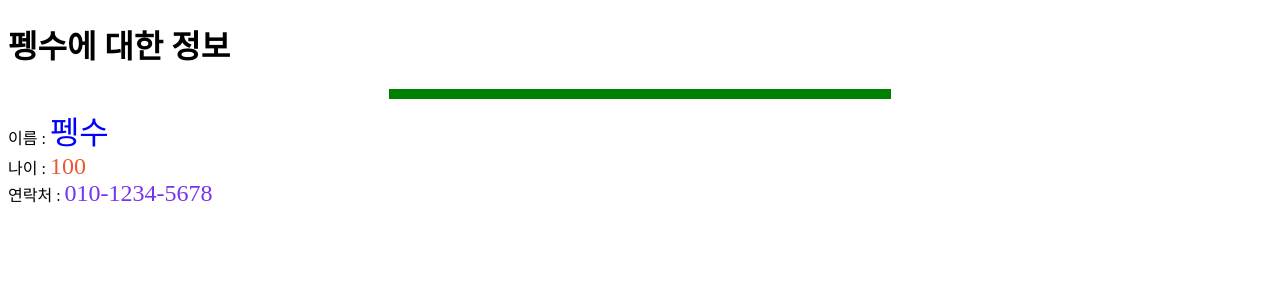
Repository: ujin2021/jsp_study
Page: jsp01/WebContent/me2.html
The author's editor kept a copy of each file at every save. The page is drawn from the files as they stood at one save, then again after the next save.
The browser window is 1280 px wide. The pictures show the whole page.

Above is the page before, as saved 2020-01-11 07:55:42.

### jsp01/WebContent/me2.html
<!DOCTYPE html>
<html>
<head>
<meta charset="EUC-KR">
<title>Insert title here</title>
</head>
<body>
<h1>펭수에 대한 정보</h1>
<!-- header 제목용 -->
<!-- 옆에 다른 것이 오게 할 수 없다. -->
<hr size="10" color="green" width="500">
이름 : <font color="blue" size="6">펭수</font> <br>
나이 : <font color="#eb5934" size="5">100</font> <br>
연락처 : <font color="#7734eb" size="5">010-1234-5678</font> <br>
</body>
</html>

After the next save:
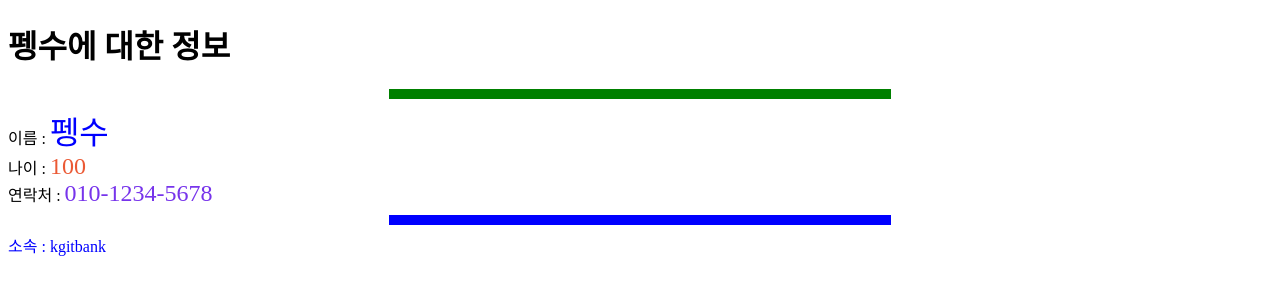
Saved 75 s later.
--- a/jsp01/WebContent/me2.html
+++ b/jsp01/WebContent/me2.html
@@ -12,5 +12,7 @@
 이름 : <font color="blue" size="6">펭수</font> <br>
 나이 : <font color="#eb5934" size="5">100</font> <br>
 연락처 : <font color="#7734eb" size="5">010-1234-5678</font> <br>
+<hr size="10" color="blue" width="500">
+<font color="blue">소속 : kgitbank</font>
 </body>
 </html>
